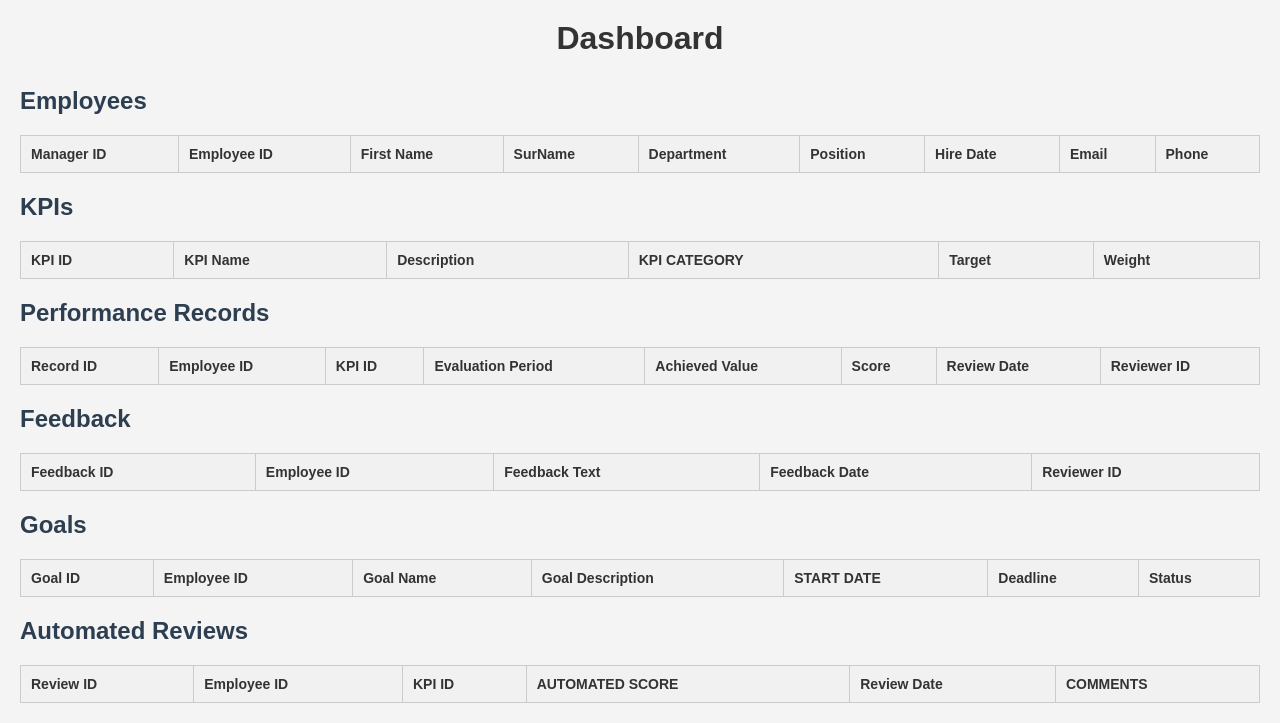
Repository: Wuda2000/Mongodb
Page: http://localhost/dashboard
These files come from the project's save history. The page is drawn as it stood at one moment and after the next save; the edit follows.
The browser window is 1280 px wide. The pictures show the whole page.
The page is served by the project's application, run on Flask 3 (app.py). Queries for data that is not in the repository find no rows.

Above is the page before, as saved 2024-11-11 18:50:14.

### templates/dashboard.html
<!DOCTYPE html>
<html lang="en">
<head>
    <meta charset="UTF-8">
    <meta name="viewport" content="width=device-width, initial-scale=1.0">
    <title>Dashboard</title>
    <link rel="stylesheet" href="{{ url_for('static', filename='styles.css') }}">
</head>
<body>
    <h1>Dashboard</h1>

    <!-- Employees Table -->
    <h2>Employees</h2>
    <table border="1">
        <thead>
            <tr>
                <th>Manager ID</th>
                <th>Employee ID</th>
                <th>First Name</th>
                <th>SurName</th>
                <th>Department</th>
                <th>Position</th>
                <th>Hire Date</th>
                <th>Email</th>
                <th>Phone</th>
            </tr>
        </thead>
        <tbody>
            {% for employee in employees %}
                <tr>
                    <td>{{ employee['manager_id'] }}</td>
                    <td>{{ employee['employee_id'] }}</td>
                    <td>{{ employee['first_name'] }}</td>
                    <td>{{ employee['last_name'] }}</td>
                    <td>{{ employee['department'] }}</td>
                    <td>{{ employee['position'] }}</td>
                    <td>{{ employee['date_hired'] }}</td>
                    <td>{{ employee['email'] }}</td>
                    <td>{{ employee['phone'] }}</td>
                </tr>
            {% endfor %}
        </tbody>
    </table>

    <!-- KPIs Table -->
    <h2>KPIs</h2>
    <table border="1">
        <thead>
            <tr>
                <th>KPI ID</th>
                <th>KPI Name</th>
                <th>Description</th>
                <th>KPI CATEGORY</th>
                <th>Target</th>
                <th>Weight</th>
            </tr>
        </thead>
        <tbody>
            {% for kpi in kpis %}
                <tr>
                    <td>{{ kpi['kpi_id'] }}</td>
                    <td>{{ kpi['kpi_name'] }}</td>
                    <td>{{ kpi['description'] }}</td>
                    <td>{{ kpi['kpi_category'] }}</td>
                    <td>{{ kpi['target_value'] }}</td>
                    <td>{{ kpi['weight'] }}</td>
                </tr>
            {% endfor %}
        </tbody>
    </table>

    <!-- Performance Records Table -->
    <h2>Performance Records</h2>
    <table border="1">
        <thead>
            <tr>
                <th>Record ID</th>
                <th>Employee ID</th>
                <th>KPI ID</th>
                <th>Evaluation Period</th>
                <th>Achieved Value</th>
                <th>Score</th>
                <th>Review Date</th>
                <th>Reviewer ID</th>
            </tr>
        </thead>
        <tbody>
            {% for record in performance_records %}
                <tr>
                    <td>{{ record['Record ID'] }}</td>
                    <td>{{ record['Employee ID'] }}</td>
                    <td>{{ record['KPI ID'] }}</td>
                    <td>{{ record['Evaluation Period'] }}</td>
                    <td>{{ record['Achieved Value'] }}</td>
                    <td>{{ record['Score'] }}</td>
                    <td>{{ record['Review Date'] }}</td>
                    <td>{{ record['Reviewer ID'] }}</td>
                </tr>
            {% endfor %}
        </tbody>
    </table>

    <!-- Feedback Table -->
    <h2>Feedback</h2>
    <table border="1">
        <thead>
            <tr>
                <th>Feedback ID</th>
                <th>Employee ID</th>
                <th>Feedback Text</th>
                <th>Feedback Date</th>
                <th>Reviewer ID</th>
            </tr>
        </thead>
        <tbody>
            {% for feedback in feedbacks %}
                <tr>
                    <td>{{ feedback['Feedback ID'] }}</td>
                    <td>{{ feedback['Employee ID'] }}</td>
                    <td>{{ feedback['Feedback Text'] }}</td>
                    <td>{{ feedback['Feedback Date'] }}</td>
                    <td>{{ feedback['Reviewer ID'] }}</td>
                </tr>
            {% endfor %}
        </tbody>
    </table>

    <!-- Goals Table -->
    <h2>Goals</h2>
    <table border="1">
        <thead>
            <tr>
                <th>Goal ID</th>
                <th>Employee ID</th>
                <th>Goal Name</th>
                <th>Goal Description</th>
                <th>START DATE</th>
                <th>Deadline</th>
                <th>Status</th>
            </tr>
        </thead>
        <tbody>
            {% for goal in goals %}
                <tr>
                    <td>{{ goal['goal_id'] }}</td>
                    <td>{{ goal['employee_id'] }}</td>
                    <td>{{ goal['kpi_id'] }}</td>
                    <td>{{ goal['goal_description'] }}</td>
                    <td>{{ goal['goal_start_date'] }}</td>
                    <td>{{ goal['goal_due_date'] }}</td>
                    <td>{{ goal['goal_status'] }}</td>
                </tr>
            {% endfor %}
        </tbody>
    </table>

    <!-- Automated Reviews Table -->
    <h2>Automated Reviews</h2>
    <table border="1">
        <thead>
            <tr>
                <th>Review ID</th>
                <th>Employee ID</th>
                <th>KPI ID</th>
                <th>AUTOMATED SCORE</th>
                <th>Review Date</th>
                <th>COMMENTS</th>
            </tr>
        </thead>
        <tbody>
            {% for review in automated_reviews %}
                <tr>
                    <td>{{ review['review_id'] }}</td>
                    <td>{{ review['employee_id'] }}</td>
                    <td>{{ review['kpi_id'] }}</td>
                    <td>{{ review['automated_score'] }}</td>
                    <td>{{ review['review_date'] }}</td>
                    <td>{{ review['comments'] }}</td>
                </tr>
            {% endfor %}
        </tbody>
    </table>



</body>
</html>

### app.py
from flask import Flask, render_template
from pymongo import MongoClient

app = Flask(__name__)

# Connect to MongoDB
client = MongoClient('mongodb://localhost:27017/')
db = client['companyDB']

# Access the collections
employees_collection = db['Employees']
kpis_collection = db['KPIs']
performance_records_collection = db['Performance Records']
feedback_collection = db['Feedback']
goals_collection = db['Goals']
automated_reviews_collection = db['Automated Reviews']
dashboard_metrics_collection = db['Dashboard Metrics']

# Route for the home page to display employees
@app.route('/')
def index():
    employees = list(employees_collection.find())
    return render_template('index.html', employees=employees)

# Route to display KPIs
@app.route('/kpis')
def display_kpis():
    kpis = list(kpis_collection.find())
    return render_template('kpis.html', kpis=kpis)

# Route to display Performance Records
@app.route('/performance-records')
def display_performance_records():
    performance_records = list(performance_records_collection.find())
    return render_template('performance_records.html', performance_records=performance_records)

# Route to display Feedback
@app.route('/feedback')
def display_feedback():
    feedbacks = list(feedback_collection.find())
    return render_template('feedback.html', feedbacks=feedbacks)

# Route to display Goals
@app.route('/goals')
def display_goals():
    goals = list(goals_collection.find())
    return render_template('goals.html', goals=goals)

# Route to display Automated Reviews
@app.route('/automated-reviews')
def display_automated_reviews():
    automated_reviews = list(automated_reviews_collection.find())
    return render_template('automated_reviews.html', automated_reviews=automated_reviews)

# Route to display Dashboard Metrics
@app.route('/dashboard-metrics')
def display_dashboard_metrics():
    dashboard_metrics = list(dashboard_metrics_collection.find())
    return render_template('dashboard_metrics.html', dashboard_metrics=dashboard_metrics)

# New route to display everything on one page (Dashboard)
@app.route('/dashboard')
def dashboard():
    # Fetch data from MongoDB collections
    employees = list(employees_collection.find())
    kpis = list(kpis_collection.find())
    performance_records = list(performance_records_collection.find())
    feedbacks = list(feedback_collection.find())
    goals = list(goals_collection.find())
    automated_reviews = list(automated_reviews_collection.find())
    dashboard_metrics = list(dashboard_metrics_collection.find())

    # Pass all data to the dashboard.html template
    return render_template('dashboard.html',
                           employees=employees,
                           kpis=kpis,
                           performance_records=performance_records,
                           feedbacks=feedbacks,
                           goals=goals,
                           automated_reviews=automated_reviews,
                           dashboard_metrics=dashboard_metrics)

if __name__ == '__main__':
    app.run(debug=True)

### static/styles.css
/* Basic reset */
* {
    margin: 0;
    padding: 0;
    box-sizing: border-box;
}

/* Body styling */
body {
    font-family: Arial, sans-serif;
    background-color: #f4f4f4;
    margin: 20px;
}

/* Header styling */
h1 {
    color: #333;
    text-align: center;
    margin-bottom: 30px;
}

h2 {
    color: #555;
    margin-top: 20px;
    font-size: 1.5em;
}

/* Table styling */

table {
    width: 100%;
    margin: 20px 0;
    border-collapse: collapse;
    background-color: white;
}

table, th, td {
    border: 1px solid #ccc;
    padding: 10px;
}

th {
    background-color: #f1f1f1;
    color: #333;
    text-align: left;
}

td {
    color: #555;
}

/* Table hover effect */
tr:hover {
    background-color: #f9f9f9;
}

/* Make sure the content is not too small */
table td, table th {
    font-size: 14px;
    word-wrap: break-word;
}

/* Make the page more readable */
table {
    max-width: 100%;
    overflow-x: auto;
}

h2 {
    font-size: 1.5em;
    color: #2c3e50;
}

After the next save:
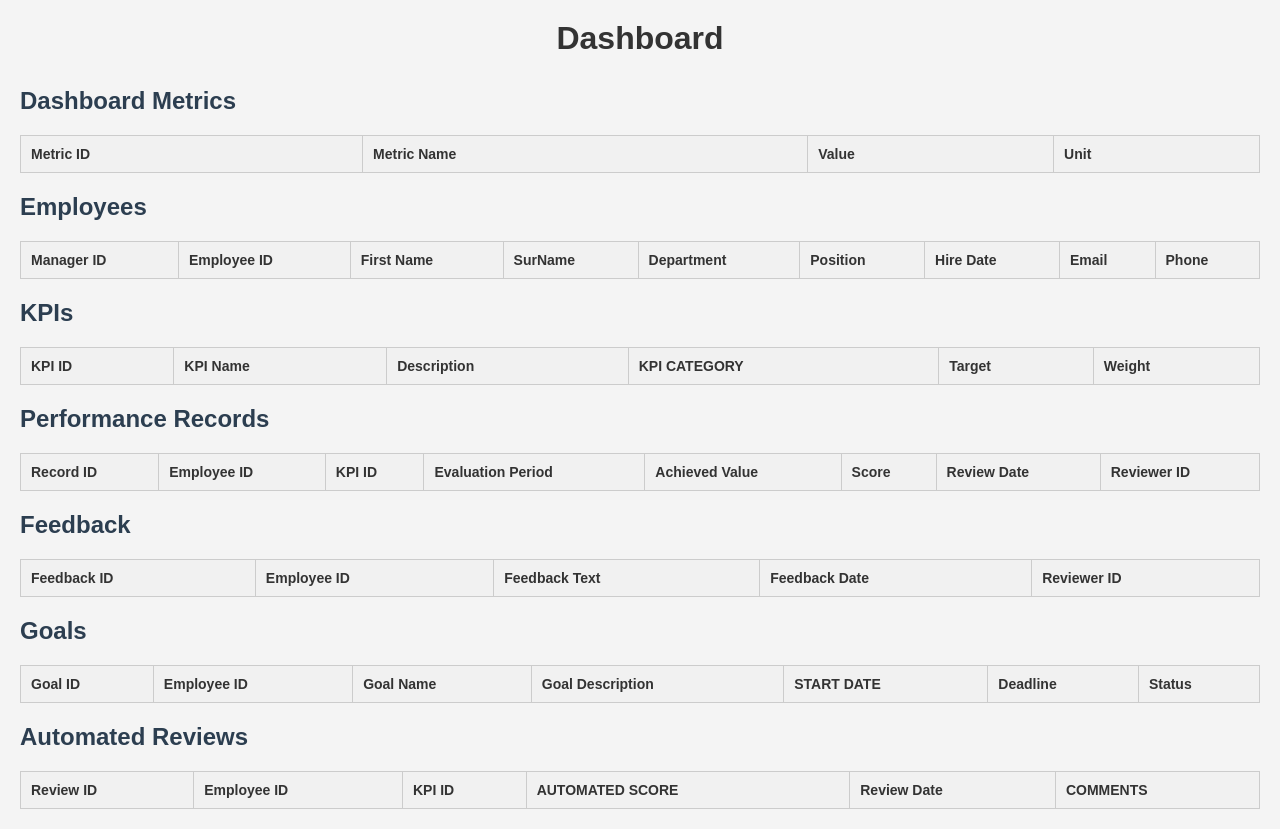
Saved 14 s later.
--- a/templates/dashboard.html
+++ b/templates/dashboard.html
@@ -9,6 +9,30 @@
 <body>
     <h1>Dashboard</h1>
 
+
+    <!-- Dashboard Metrics Table -->
+    <h2>Dashboard Metrics</h2>
+    <table border="1">
+        <thead>
+            <tr>
+                <th>Metric ID</th>
+                <th>Metric Name</th>
+                <th>Value</th>
+                <th>Unit</th>
+            </tr>
+        </thead>
+        <tbody>
+            {% for metric in dashboard_metrics %}
+                <tr>
+                    <td>{{ metric['Metric ID'] }}</td>
+                    <td>{{ metric['Metric Name'] }}</td>
+                    <td>{{ metric['Value'] }}</td>
+                    <td>{{ metric['Unit'] }}</td>
+                </tr>
+            {% endfor %}
+        </tbody>
+    </table>
+
     <!-- Employees Table -->
     <h2>Employees</h2>
     <table border="1">
